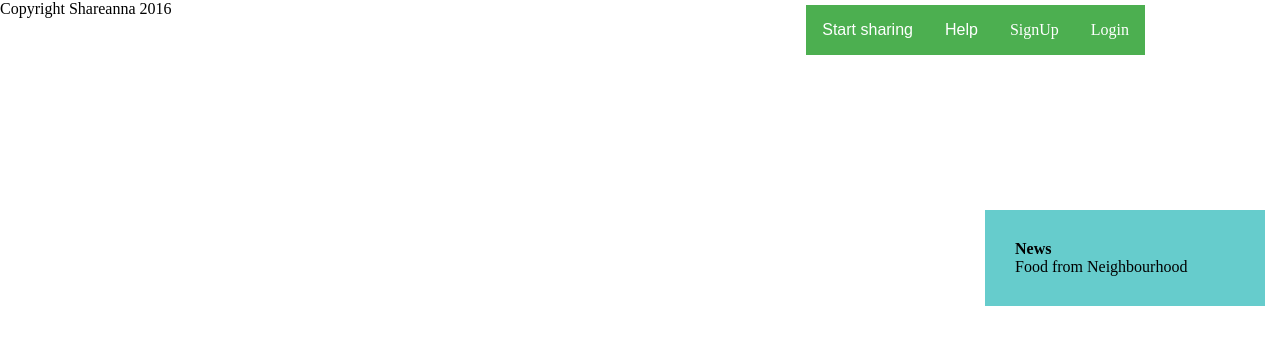
Repository: navigator007/shareanna
Page: practiceSpringMVC_1/src/main/webapp/home.html
An editor plug-in stored every save of this project. The page is shown before and after the next save, followed by the edit.
The browser window is 1280 px wide. The pictures show the whole page.

Above is the page before, as saved 2016-08-20 23:52:25.

### practiceSpringMVC_1/src/main/webapp/home.html
<!DOCTYPE html>
<html lang="en">
<head>
<meta charset="UTF-8">
<title>take-away, food sharing</title>
<link rel="stylesheet" href="css/home.css">
<link rel="icon" href="images/logo.png">
</head>
<body>
<!--
	<div id="main_header">
		<header>
			<h1>Welcome to share anna</h1>
		</header>
	</div>
	-->
	<div>
		<ul class="menu_dropdown">
			<li>
				<div class="dropdown">
					<button class="dropbtn">Start sharing</button>
					<div class="dropdown-content">
						<a href="#">Share your dish and earn</a>
					</div>
				</div>
			</li>
			<li>
				<div class="dropdown">
					<button class="dropbtn">Help</button>
					<div class="dropdown-content">
						<a href="#">Getting started guide</a> <a href="#">How to place
							order</a> <a href="#">How price is determined</a> <a href="#">How
							payments are processed</a> <a href="#">How my dish reaches me?</a>
					</div>
				</div>
			</li>
			<li>
				<div class="dropdown_custom">
					<a href="#">SignUp</a>
				</div>
			</li>
			<li>
				<div class="dropdown_custom">
					<a href="#">Login</a>
				</div>
			</li>
		</ul>
	</div>
	<div id="section">
		<section>
			<aside>
				<h4>News</h4>
				Food from Neighbourhood
			</aside>
		</section>
	</div>
	<footer> Copyright Shareanna 2016 </footer>
</body>
</html>

### practiceSpringMVC_1/src/main/webapp/css/home.css
@CHARSET "UTF-8";
*{
	margin:0px;
	padding: 0px;
}
header ,section, footer, aside, nav, article, hgroup{
	display:block;
}
body{
	text-align:left;
}
#main_header{
	border: 1px solid black;
	width: 1000px;
	margin: 20px auto;
	background: none;
	text-decoration: blink;
}

#section{
	position: fixed;
	float: left;
	width: 220px;
	margin: 20px 0px;
	padding: 30px;
	background: #66cccc;
	top: 190px;
	right: 15px
}
/* Dropdown button section -- start */
.dropbtn {
    background-color: #4CAF50;
    color: white;
    padding: 16px;
    font-size: 16px;
    border: none;
    cursor: pointer;
}
.dropdown {
    position: relative;
    display: inline-block;
}
.dropdown-content {
    display: none;
    position: absolute;
    background-color: #f9f9f9;
    min-width: 130px;
    box-shadow: 0px 8px 16px 0px rgba(0,0,0,0.2);
}
.dropdown-content a {
    color: black;
    padding: 12px 16px;
    text-decoration: none;
    display: block;
}
.dropdown-content a:hover {background-color: #f1f1f1}

.dropdown:hover .dropdown-content {
    display: block;
}

.dropdown:hover .dropbtn {
    background-color: #3e8e41;
}
.menu_dropdown{
	margin: 0;
    padding: 5px;
    position: fixed;
    float: right;
    list-style-type: none;
    right: 130px;
}

.menu_dropdown li{
	float: left;
}
.menu_dropdown a{
	display: block;
	background-color: #dddddd;
}
.dropdown_custom{
	background-color: #4CAF50;
    padding: 16px;
    font-size: 16px;
    border: none;
    cursor: pointer;
    text-decoration: none;


}
.dropdown_custom a:hover, a:active {
background-color: #3e8e41;
}
.dropdown_custom a{
	text-decoration: none;
	background: none;
	color: black;
    display: block;
    color: white;
}

After the next save:
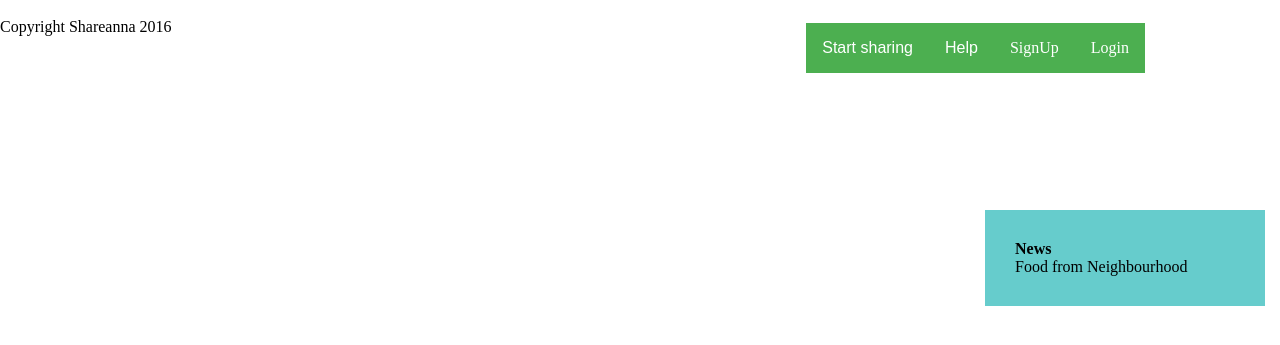
Saved 56 s later.
--- a/practiceSpringMVC_1/src/main/webapp/home.html
+++ b/practiceSpringMVC_1/src/main/webapp/home.html
@@ -14,6 +14,14 @@
 		</header>
 	</div>
 	-->
+	<div id = "title_alignment">
+	<ul>
+	<li>
+
+	</li>
+	</ul>
+
+	</div>
 	<div>
 		<ul class="menu_dropdown">
 			<li>
